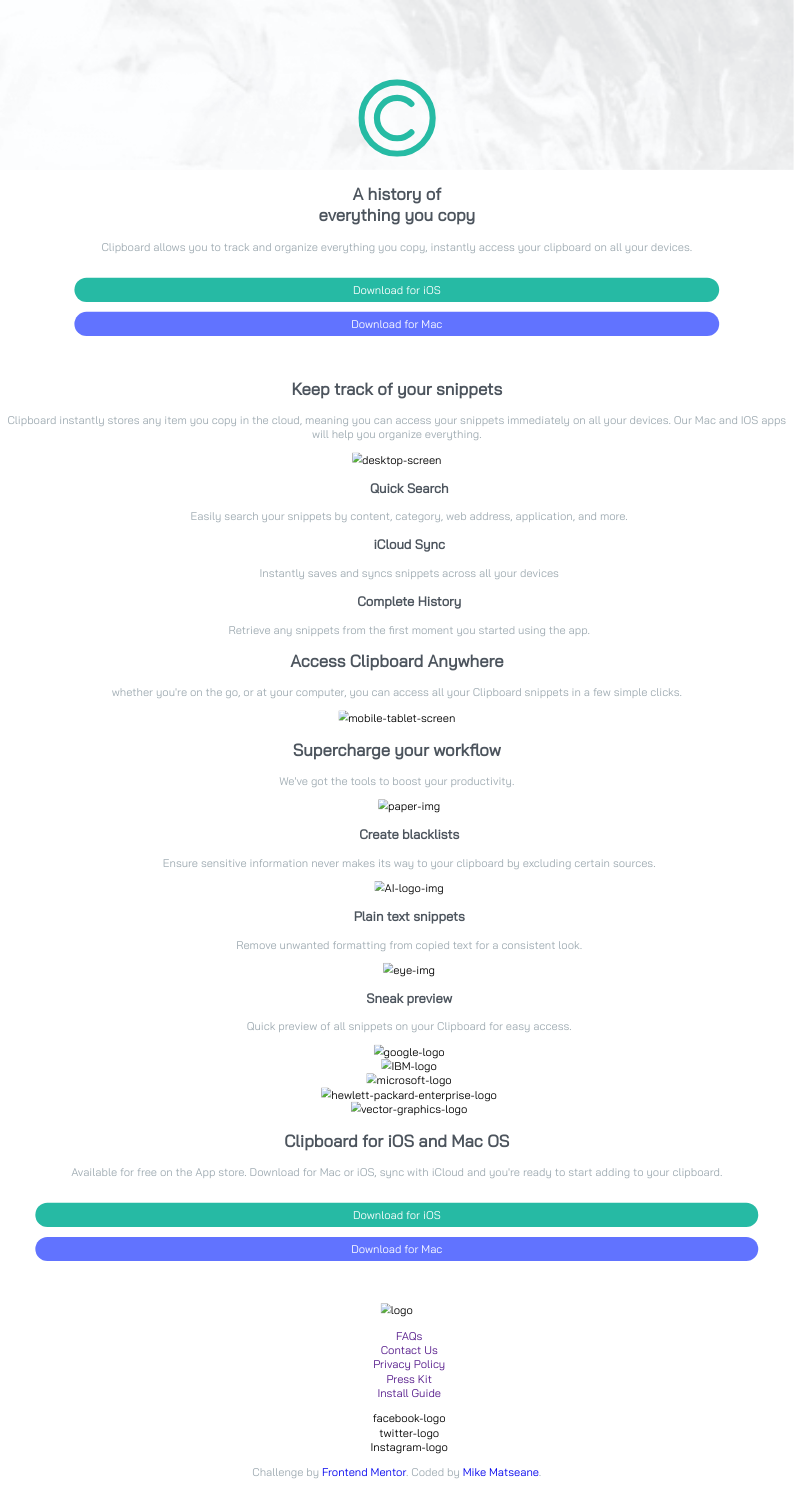
Repository: mikempho/Clipboard-landing-page
Page: index.html
An editor plug-in stored every save of this project. The page is shown before and after the next save, followed by the edit.
The browser window is 1280 px wide. The pictures show the whole page, at 62% of full size.

Above is the page before, as saved 2022-04-11 10:54:40.

After the next save:
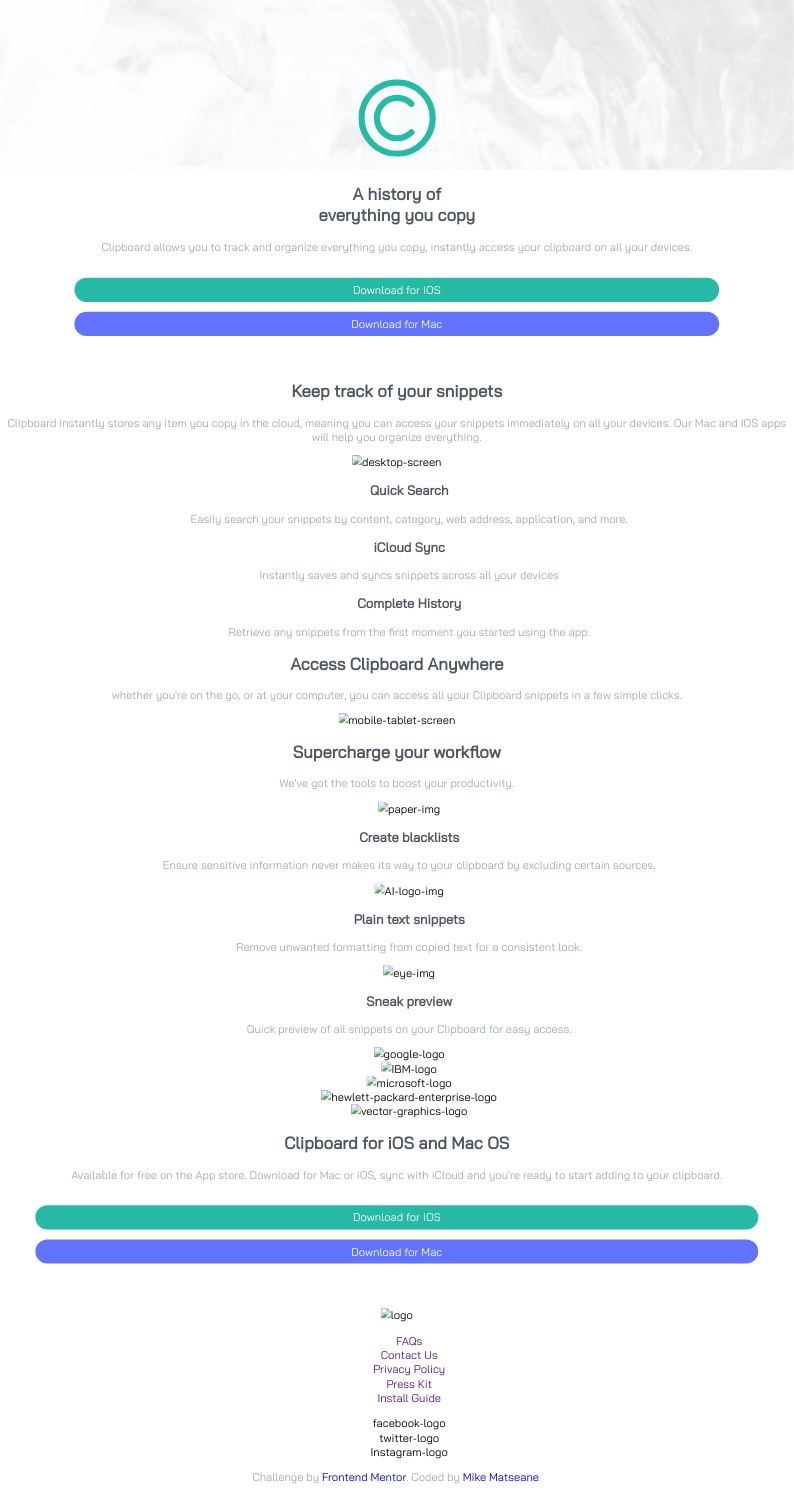
Saved 6 s later.
--- a/css/style.css
+++ b/css/style.css
@@ -55,7 +55,7 @@
 
 .buttons{
     margin-top: 30px;
-    margin-bottom: 60px;
+    margin-bottom: 4rem;
 }
 .buttons a {
     display: inline-block;
